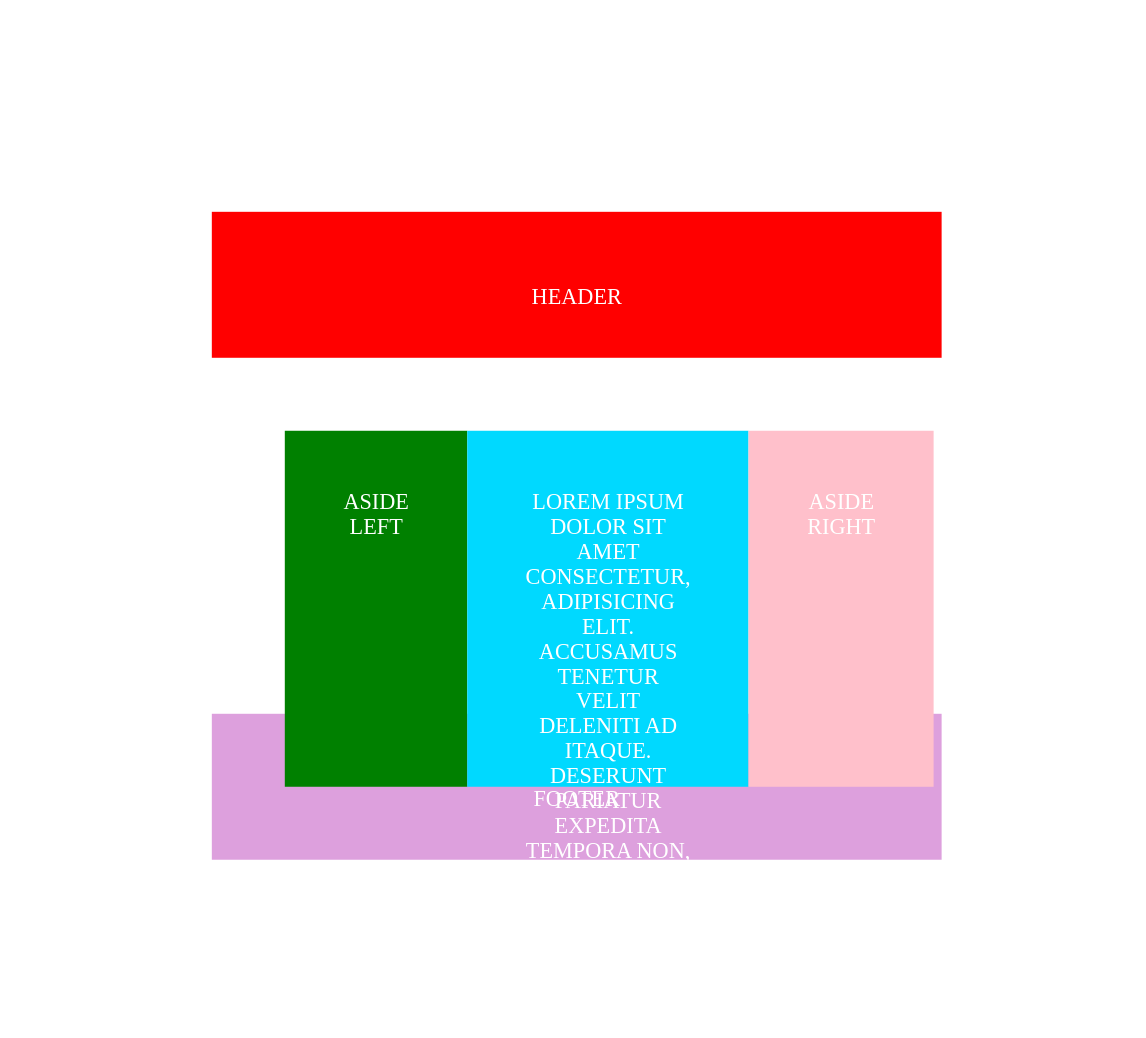
Repository: magdaf41/CSS
Page: zadanie_7/index.html
An editor plug-in stored every save of this project. The page is shown before and after the next save, followed by the edit.
The browser window is 1280 px wide. The page is 1280 px wide, then 1288 px, so the pictures cover 1288 px, including what lies to the right of the window. The pictures show the whole page, at 89% of full size.

Above is the page before, as saved 2020-08-24 19:49:44.

After the next save:
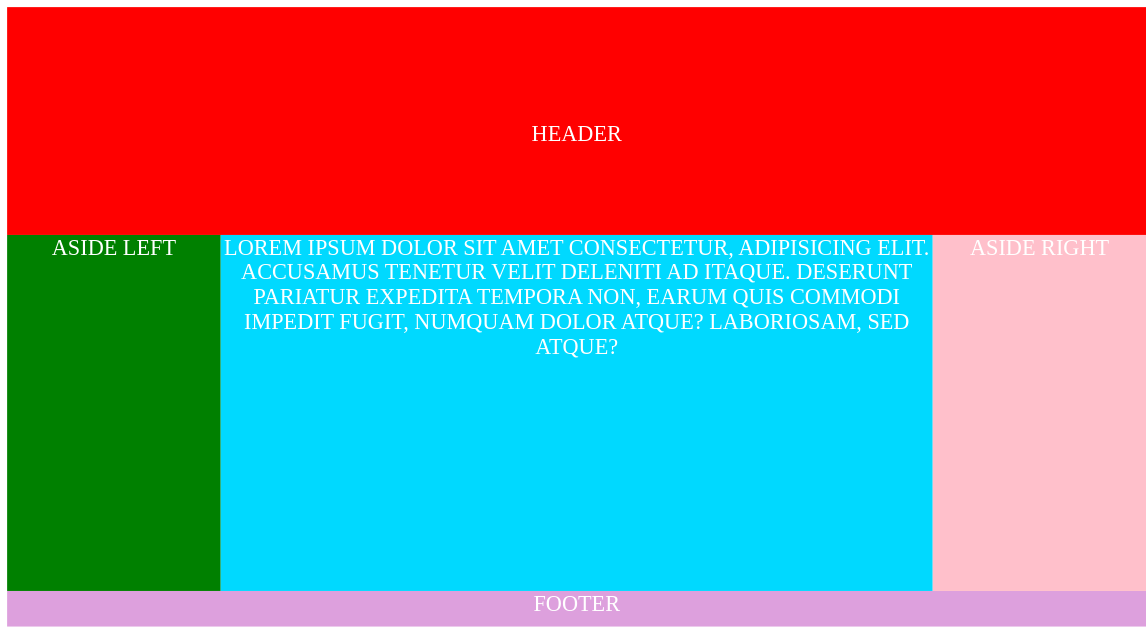
Saved 14 s later.
--- a/zadanie_7/css/style.css
+++ b/zadanie_7/css/style.css
@@ -6,7 +6,7 @@
     height: 400px;
     font-size: 25px;
     text-align: center;
-    padding: 10%;
+
 
 }
 #container {
@@ -19,6 +19,7 @@ h1{
     height: 10%;
     margin: auto;
     font-weight: normal;
+    padding: 10%;
 }
 p{
     background-color: rgb(0, 217, 255);
